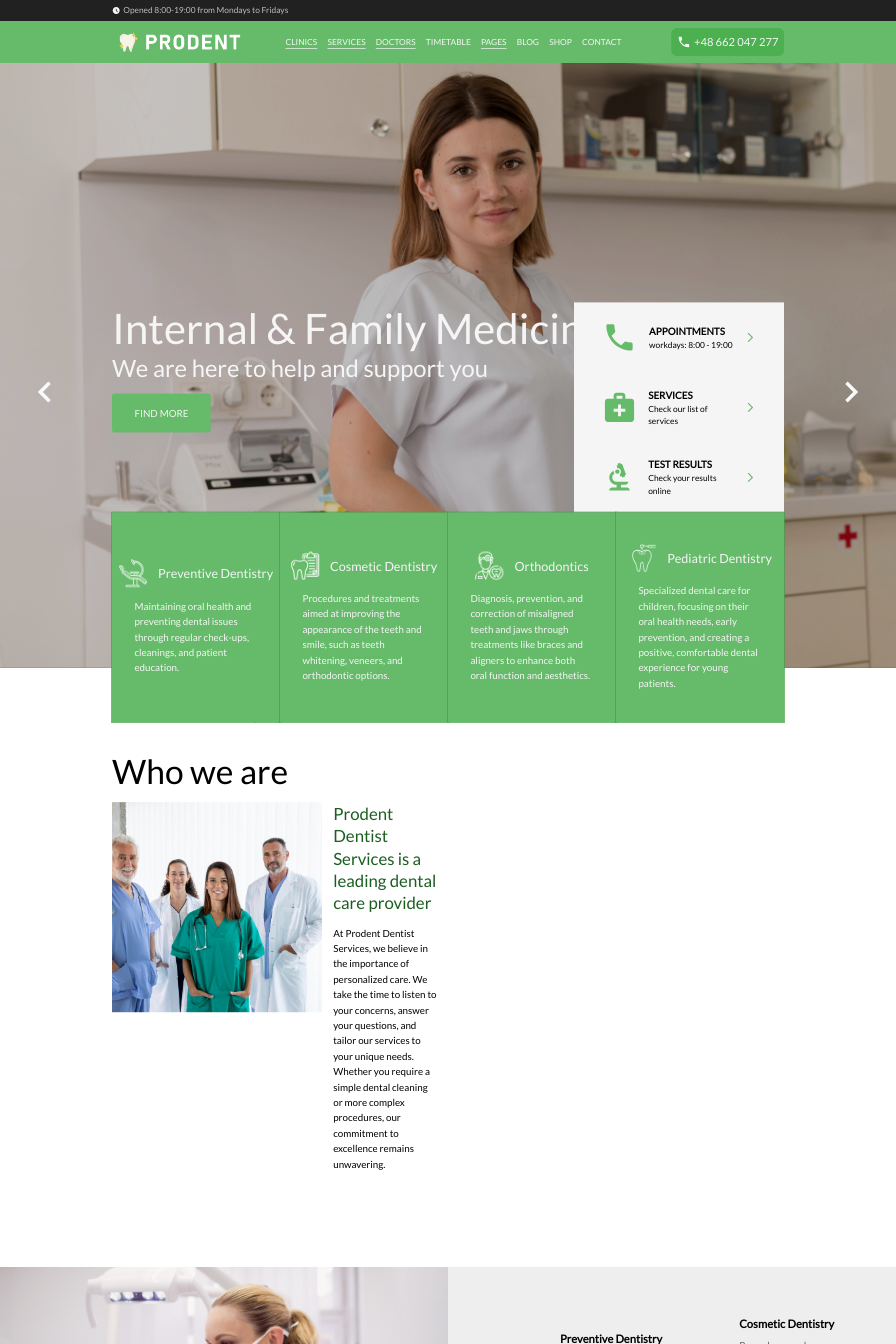
Repository: princ3-web/8
Page: /
The author's editor kept a copy of each file at every save. The page is drawn from the files as they stood at one save, then again after a run of saves.
The browser window is 1280 px wide. The pictures show the part of the page from y = 0 to 1920 px (the page is 4803 px tall before and 720 px after), at 70% of full size.
The project was rebuilt for these pictures with package versions that can differ from the ones it lists, and the page was loaded fresh each time. Also part of the build but not shown: vite.config.js, src/subpages/About.jsx.

Above is the page before, as saved 2023-11-03 13:18:19.

After the next 13 saves:
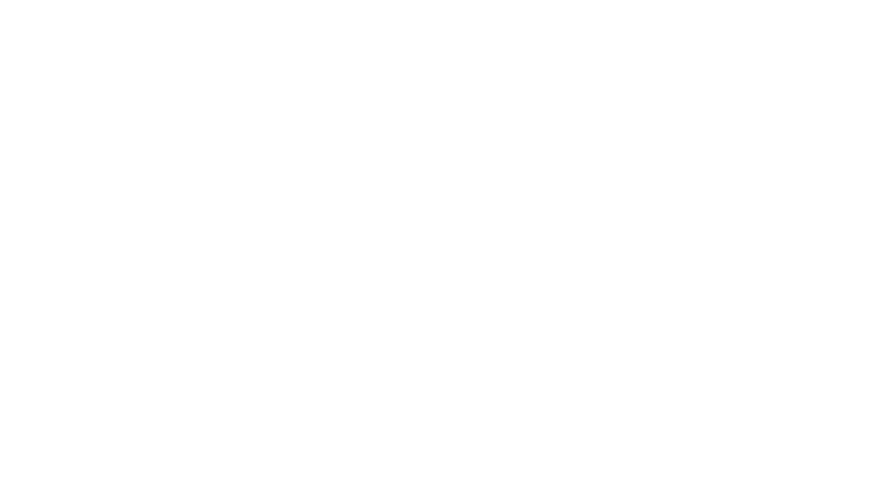
Console error: ReferenceError: Typography is not defined
The 13 saves are shown as one change because they came seconds apart.
The last was saved 28 s later.
--- a/src/components/Subbar.jsx
+++ b/src/components/Subbar.jsx
@@ -34,11 +34,13 @@ const Subbar = () => {
         py: "6rem",
         width: "100%",
         boxSizing: "border-box",
-        px: "160px"
+        px: "160px",
       }}
     >
       {items.map((item) => (
-        <Box sx={{ display: "flex", width: "25%", justifyContent: "center" }}>{item.title}</Box>
+        <Box sx={{ display: "flex", width: "25%", justifyContent: "center" }}>
+          <Typography sx={{color: grey[100]}}>{item.title}</Typography>
+        </Box>
       ))}
     </Box>
   );

After the 4 saves that followed:
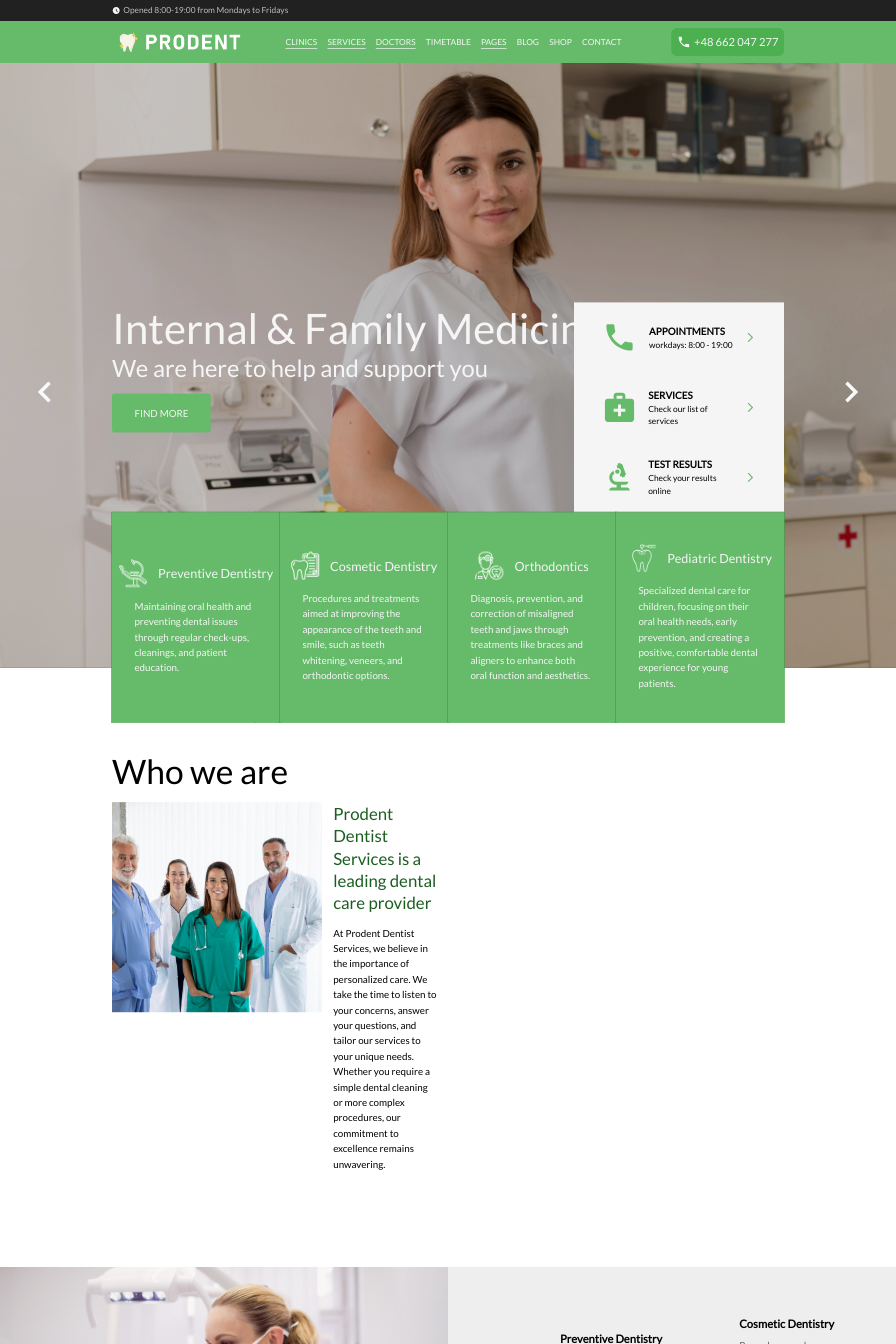
The error is gone.
The 4 saves are shown as one change because they came seconds apart.
The last was saved 13 s later.
--- a/src/components/Subbar.jsx
+++ b/src/components/Subbar.jsx
@@ -1,4 +1,4 @@
-import { Box } from "@mui/material";
+import { Box, Typography } from "@mui/material";
 import { green, grey } from "@mui/material/colors";
 import React from "react";
 
